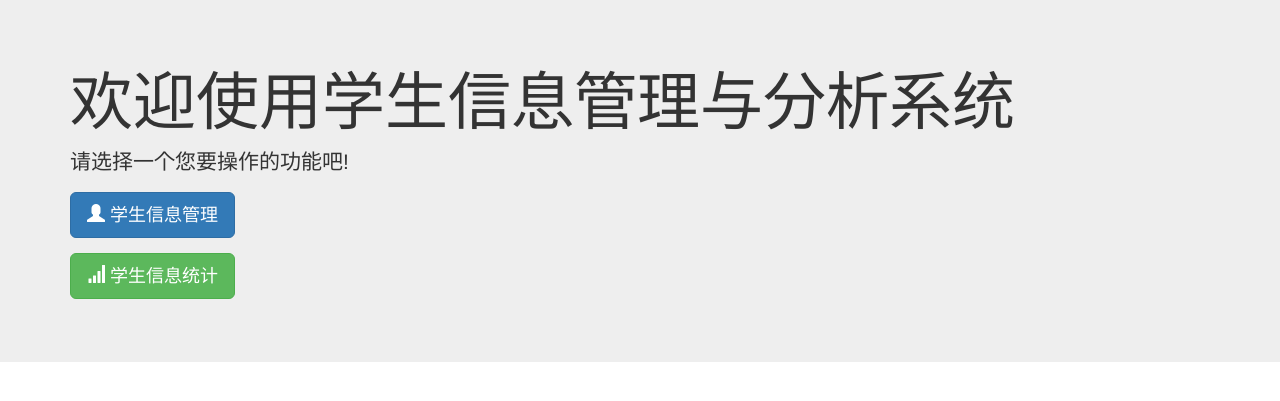
Repository: HelloChuang/HelloChuang-EclipseWorkSpace
Page: http://localhost/SpringMVCFight/error.jsp
These files come from the project's save history. The page is drawn as it stood at one moment and after the next save; the edit follows.
The browser window is 1280 px wide. The pictures show the whole page.
The page is served by Tomcat 9. Nobody is signed in. The application's start-up code is not run.

Above is the page before, as saved 2018-11-05 14:06:46.

After the next save:
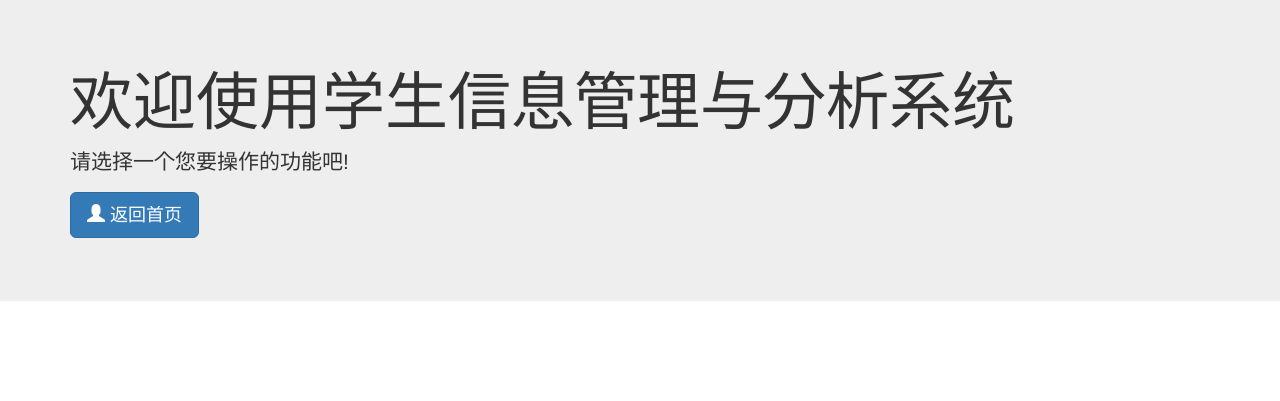
Saved 49 s later.
--- a/EclipseWorkSpace/SpringMVCFight/src/main/webapp/error.jsp
+++ b/EclipseWorkSpace/SpringMVCFight/src/main/webapp/error.jsp
@@ -28,14 +28,10 @@
 	        <p>请选择一个您要操作的功能吧!</p>
 	        <p>
 	        	<button type="button" class="btn btn-primary btn-lg" onclick="stuManage();">
-				  <span class="glyphicon glyphicon-user"></span> 学生信息管理
+				  <span class="glyphicon glyphicon-user"></span> 返回首页
 				</button>
 	        </p>
-	        <p>
-	        	<button type="button" class="btn btn-success btn-lg" onclick="stuTongJi();">
-				  <span class="glyphicon glyphicon-signal"></span> 学生信息统计
-				</button>
-	        </p>
+
 	    </div>
 	</div>
 </body>
